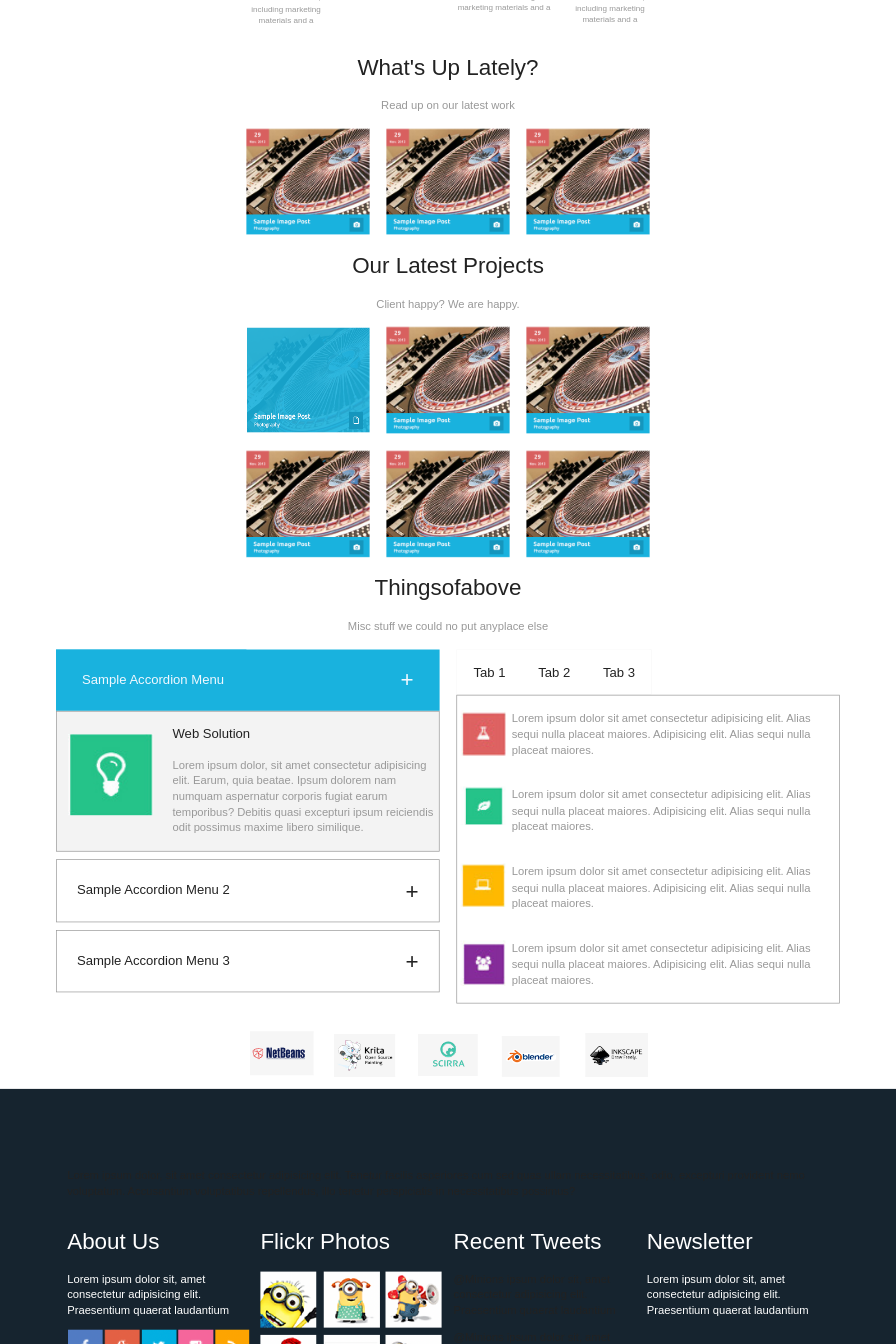
Repository: anoncoderin/madhu_kushal_html_layout
Page: metrosite_week4hw/index.html
An editor plug-in stored every save of this project. The page is shown before and after the next save, followed by the edit.
The browser window is 1280 px wide. The pictures show the part of the page from y = 1411 to 3331 px (the page is 3494 px tall), at 70% of full size.

Above is the page before, as saved 2023-02-04 20:13:26.

After the next save:
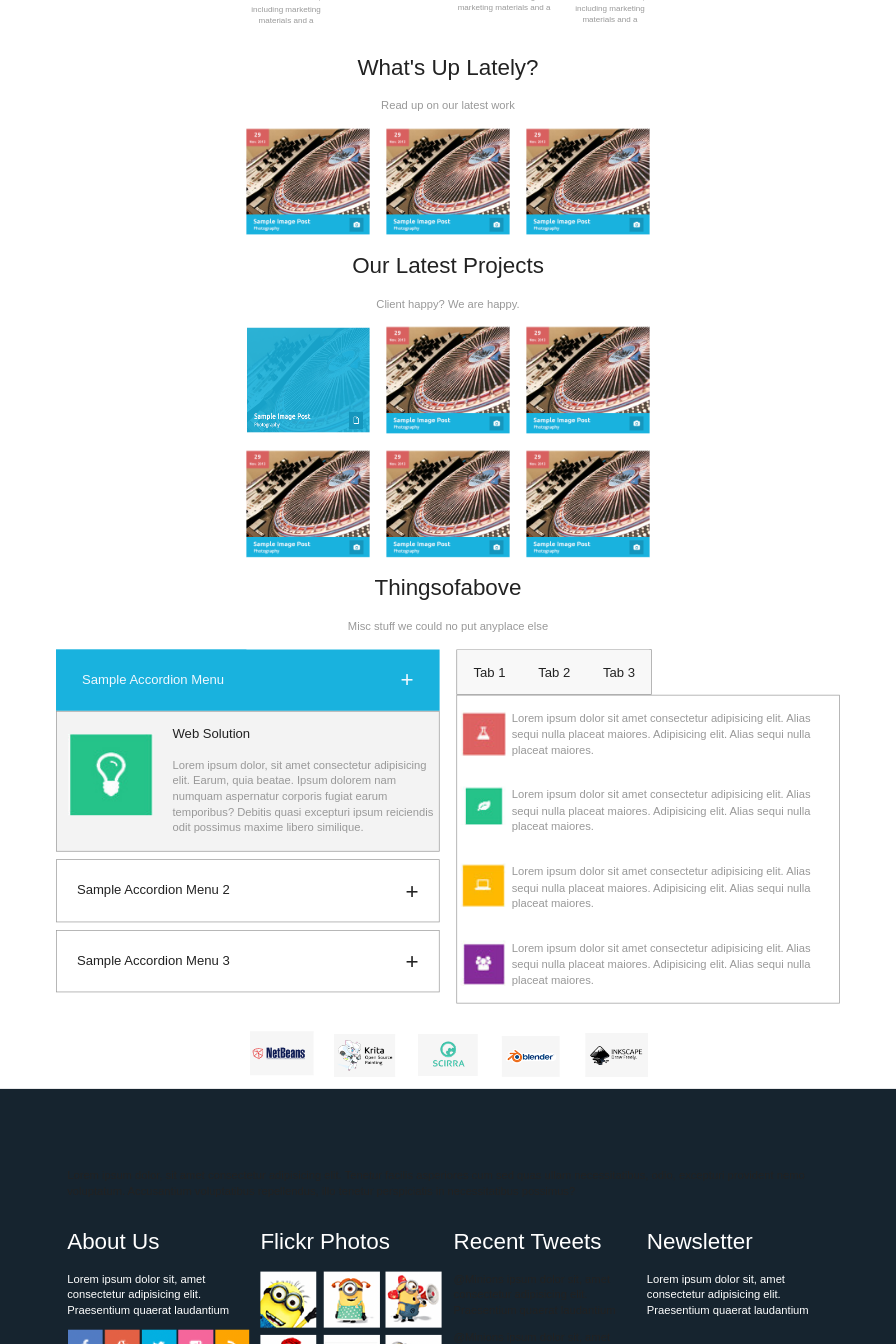
Saved 32 s later.
--- a/metrosite_week4hw/index.html
+++ b/metrosite_week4hw/index.html
@@ -219,7 +219,7 @@
       </div>
 
       <div class="tab-switch">
-        <div style="display: grid; grid-template-columns: 1fr 1fr 1fr; text-align: center; width: 51%; border: 1px solid #f8f8f8;">
+        <div style="display: grid; grid-template-columns: 1fr 1fr 1fr; text-align: center; width: 51%; border: 1px solid #999; background-color: #f8f8f8;">
           <h3>Tab 1</h3>
           <h3>Tab 2</h3>
           <h3>Tab 3</h3>
